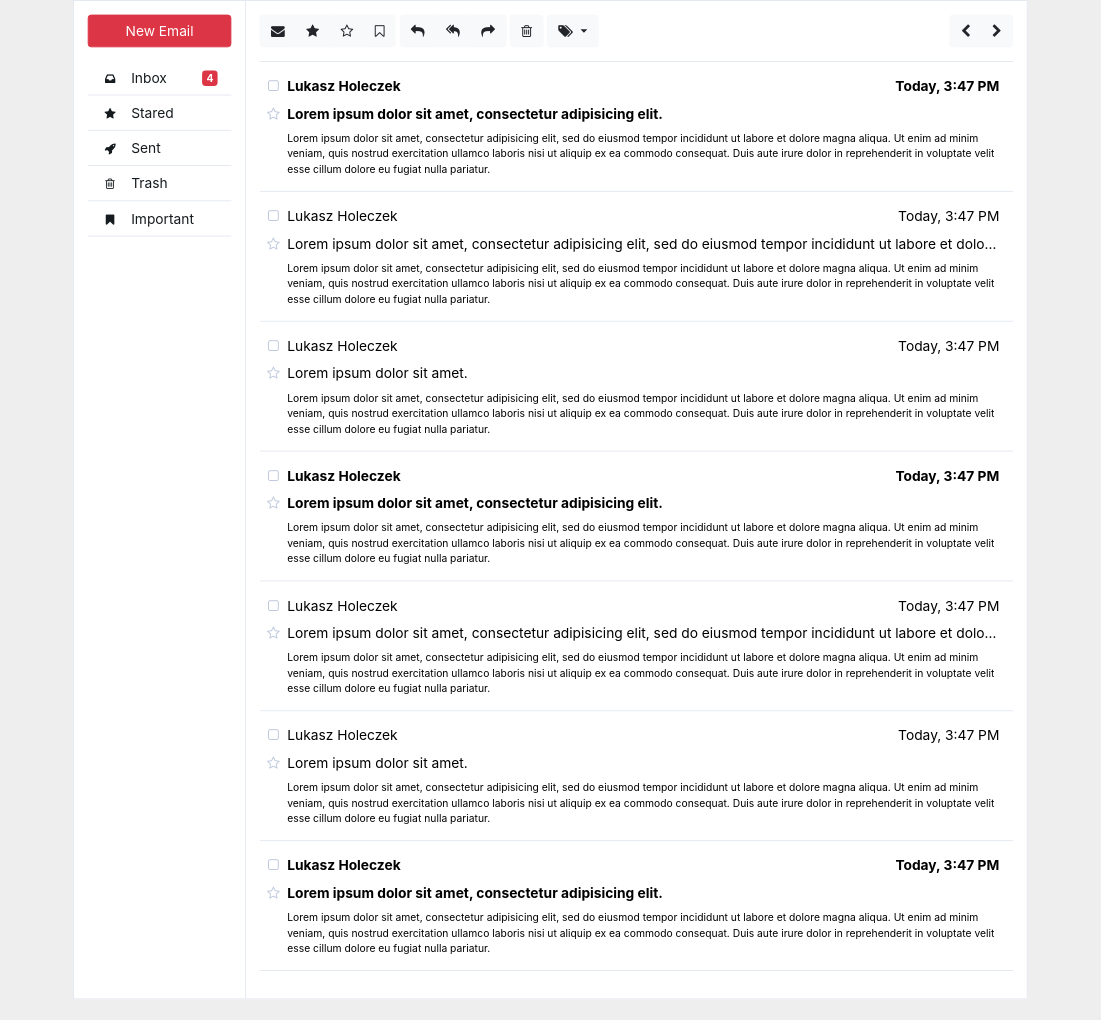
Repository: lastbronx41/bootstrap_mail
Page: inbox.html
The author's editor kept a copy of each file at every save. The page is drawn from the files as they stood at one save, then again after a run of saves.
The browser window is 1280 px wide. The pictures show the whole page, at 86% of full size.
Some icons come from a web library that is not loaded, so they are not drawn. Some web libraries are served in a nearby version.

Above is the page before, as saved 2022-11-22 02:23:56.

### inbox.html
<!DOCTYPE html>
<html>
	<head>
		<link
			rel="stylesheet"
			href="https://stackpath.bootstrapcdn.com/bootstrap/4.5.0/css/bootstrap.min.css"
		/>
		<link
			href="https://maxcdn.bootstrapcdn.com/font-awesome/4.3.0/css/font-awesome.min.css"
			rel="stylesheet"
		/>
		<link href="./stylesheet.css" rel="stylesheet" />
		<title>Inbox</title>
	</head>
	<body>
		<div class="container bootdey">
			<div class="email-app mb-4">
				<nav>
					<a href="page-inbox-compose.html" class="btn btn-danger btn-block"
						>New Email</a
					>
					<ul class="nav">
						<li class="nav-item">
							<a class="nav-link" href="#"
								><i class="fa fa-inbox"></i> Inbox
								<span class="badge badge-danger">4</span></a
							>
						</li>
						<li class="nav-item">
							<a class="nav-link" href="#"><i class="fa fa-star"></i> Stared</a>
						</li>
						<li class="nav-item">
							<a class="nav-link" href="#"><i class="fa fa-rocket"></i> Sent</a>
						</li>
						<li class="nav-item">
							<a class="nav-link" href="#"
								><i class="fa fa-trash-o"></i> Trash</a
							>
						</li>
						<li class="nav-item">
							<a class="nav-link" href="#"
								><i class="fa fa-bookmark"></i> Important</a
							>
						</li>
					</ul>
				</nav>
				<main class="inbox">
					<div class="toolbar">
						<div class="btn-group">
							<button type="button" class="btn btn-light">
								<span class="fa fa-envelope"></span>
							</button>
							<button type="button" class="btn btn-light">
								<span class="fa fa-star"></span>
							</button>
							<button type="button" class="btn btn-light">
								<span class="fa fa-star-o"></span>
							</button>
							<button type="button" class="btn btn-light">
								<span class="fa fa-bookmark-o"></span>
							</button>
						</div>
						<div class="btn-group">
							<button type="button" class="btn btn-light">
								<span class="fa fa-mail-reply"></span>
							</button>
							<button type="button" class="btn btn-light">
								<span class="fa fa-mail-reply-all"></span>
							</button>
							<button type="button" class="btn btn-light">
								<span class="fa fa-mail-forward"></span>
							</button>
						</div>
						<button type="button" class="btn btn-light">
							<span class="fa fa-trash-o"></span>
						</button>
						<div class="btn-group">
							<button
								type="button"
								class="btn btn-light dropdown-toggle"
								data-toggle="dropdown"
							>
								<span class="fa fa-tags"></span>
								<span class="caret"></span>
							</button>
							<div class="dropdown-menu">
								<a class="dropdown-item" href="#"
									>add label <span class="badge badge-danger"> Home</span></a
								>
								<a class="dropdown-item" href="#"
									>add label <span class="badge badge-info"> Job</span></a
								>
								<a class="dropdown-item" href="#"
									>add label
									<span class="badge badge-success"> Clients</span></a
								>
								<a class="dropdown-item" href="#"
									>add label <span class="badge badge-warning"> News</span></a
								>
							</div>
						</div>
						<div class="btn-group float-right">
							<button type="button" class="btn btn-light">
								<span class="fa fa-chevron-left"></span>
							</button>
							<button type="button" class="btn btn-light">
								<span class="fa fa-chevron-right"></span>
							</button>
						</div>
					</div>

					<ul class="messages">
						<li class="message unread">
							<a href="#">
								<div class="actions">
									<span class="action"><i class="fa fa-square-o"></i></span>
									<span class="action"><i class="fa fa-star-o"></i></span>
								</div>
								<div class="header">
									<span class="from">Lukasz Holeczek</span>
									<span class="date">
										<span class="fa fa-paper-clip"></span> Today, 3:47 PM</span
									>
								</div>
								<div class="title">
									Lorem ipsum dolor sit amet, consectetur adipisicing elit.
								</div>
								<div class="description">
									Lorem ipsum dolor sit amet, consectetur adipisicing elit, sed
									do eiusmod tempor incididunt ut labore et dolore magna aliqua.
									Ut enim ad minim veniam, quis nostrud exercitation ullamco
									laboris nisi ut aliquip ex ea commodo consequat. Duis aute
									irure dolor in reprehenderit in voluptate velit esse cillum
									dolore eu fugiat nulla pariatur.
								</div>
							</a>
						</li>
						<li class="message">
							<a href="#">
								<div class="actions">
									<span class="action"><i class="fa fa-square-o"></i></span>
									<span class="action"><i class="fa fa-star-o"></i></span>
								</div>
								<div class="header">
									<span class="from">Lukasz Holeczek</span>
									<span class="date">
										<span class="fa fa-paper-clip"></span> Today, 3:47 PM</span
									>
								</div>
								<div class="title">
									Lorem ipsum dolor sit amet, consectetur adipisicing elit, sed
									do eiusmod tempor incididunt ut labore et dolore magna aliqua.
								</div>
								<div class="description">
									Lorem ipsum dolor sit amet, consectetur adipisicing elit, sed
									do eiusmod tempor incididunt ut labore et dolore magna aliqua.
									Ut enim ad minim veniam, quis nostrud exercitation ullamco
									laboris nisi ut aliquip ex ea commodo consequat. Duis aute
									irure dolor in reprehenderit in voluptate velit esse cillum
									dolore eu fugiat nulla pariatur.
								</div>
							</a>
						</li>
						<li class="message">
							<a href="#">
								<div class="actions">
									<span class="action"><i class="fa fa-square-o"></i></span>
									<span class="action"><i class="fa fa-star-o"></i></span>
								</div>
								<div class="header">
									<span class="from">Lukasz Holeczek</span>
									<span class="date">Today, 3:47 PM</span>
								</div>
								<div class="title">Lorem ipsum dolor sit amet.</div>
								<div class="description">
									Lorem ipsum dolor sit amet, consectetur adipisicing elit, sed
									do eiusmod tempor incididunt ut labore et dolore magna aliqua.
									Ut enim ad minim veniam, quis nostrud exercitation ullamco
									laboris nisi ut aliquip ex ea commodo consequat. Duis aute
									irure dolor in reprehenderit in voluptate velit esse cillum
									dolore eu fugiat nulla pariatur.
								</div>
							</a>
						</li>
						<li class="message unread">
							<a href="#">
								<div class="actions">
									<span class="action"><i class="fa fa-square-o"></i></span>
									<span class="action"><i class="fa fa-star-o"></i></span>
								</div>
								<div class="header">
									<span class="from">Lukasz Holeczek</span>
									<span class="date">Today, 3:47 PM</span>
								</div>
								<div class="title">
									Lorem ipsum dolor sit amet, consectetur adipisicing elit.
								</div>
								<div class="description">
									Lorem ipsum dolor sit amet, consectetur adipisicing elit, sed
									do eiusmod tempor incididunt ut labore et dolore magna aliqua.
									Ut enim ad minim veniam, quis nostrud exercitation ullamco
									laboris nisi ut aliquip ex ea commodo consequat. Duis aute
									irure dolor in reprehenderit in voluptate velit esse cillum
									dolore eu fugiat nulla pariatur.
								</div>
							</a>
						</li>
						<li class="message">
							<a href="#">
								<div class="actions">
									<span class="action"><i class="fa fa-square-o"></i></span>
									<span class="action"><i class="fa fa-star-o"></i></span>
								</div>
								<div class="header">
									<span class="from">Lukasz Holeczek</span>
									<span class="date">Today, 3:47 PM</span>
								</div>
								<div class="title">
									Lorem ipsum dolor sit amet, consectetur adipisicing elit, sed
									do eiusmod tempor incididunt ut labore et dolore magna aliqua.
								</div>
								<div class="description">
									Lorem ipsum dolor sit amet, consectetur adipisicing elit, sed
									do eiusmod tempor incididunt ut labore et dolore magna aliqua.
									Ut enim ad minim veniam, quis nostrud exercitation ullamco
									laboris nisi ut aliquip ex ea commodo consequat. Duis aute
									irure dolor in reprehenderit in voluptate velit esse cillum
									dolore eu fugiat nulla pariatur.
								</div>
							</a>
						</li>
						<li class="message">
							<a href="#">
								<div class="actions">
									<span class="action"><i class="fa fa-square-o"></i></span>
									<span class="action"><i class="fa fa-star-o"></i></span>
								</div>
								<div class="header">
									<span class="from">Lukasz Holeczek</span>
									<span class="date">Today, 3:47 PM</span>
								</div>
								<div class="title">Lorem ipsum dolor sit amet.</div>
								<div class="description">
									Lorem ipsum dolor sit amet, consectetur adipisicing elit, sed
									do eiusmod tempor incididunt ut labore et dolore magna aliqua.
									Ut enim ad minim veniam, quis nostrud exercitation ullamco
									laboris nisi ut aliquip ex ea commodo consequat. Duis aute
									irure dolor in reprehenderit in voluptate velit esse cillum
									dolore eu fugiat nulla pariatur.
								</div>
							</a>
						</li>
						<li class="message unread">
							<a href="#">
								<div class="actions">
									<span class="action"><i class="fa fa-square-o"></i></span>
									<span class="action"><i class="fa fa-star-o"></i></span>
								</div>
								<div class="header">
									<span class="from">Lukasz Holeczek</span>
									<span class="date">Today, 3:47 PM</span>
								</div>
								<div class="title">
									Lorem ipsum dolor sit amet, consectetur adipisicing elit.
								</div>
								<div class="description">
									Lorem ipsum dolor sit amet, consectetur adipisicing elit, sed
									do eiusmod tempor incididunt ut labore et dolore magna aliqua.
									Ut enim ad minim veniam, quis nostrud exercitation ullamco
									laboris nisi ut aliquip ex ea commodo consequat. Duis aute
									irure dolor in reprehenderit in voluptate velit esse cillum
									dolore eu fugiat nulla pariatur.
								</div>
							</a>
						</li>


					</ul>
				</main>
			</div>
		</div>
	</body>
</html>

### stylesheet.css
body {
   background: #eee
}

.email-app {
   display: flex;
   flex-direction: row;
   background: #fff;
   border: 1px solid #e1e6ef;
}

.email-app nav {
   flex: 0 0 200px;
   padding: 1rem;
   border-right: 1px solid #e1e6ef;
}

.email-app nav .btn-block {
   margin-bottom: 15px;
}

.email-app nav .nav {
   flex-direction: column;
}

.email-app nav .nav .nav-item {
   position: relative;
}

.email-app nav .nav .nav-item .nav-link,
.email-app nav .nav .nav-item .navbar .dropdown-toggle,
.navbar .email-app nav .nav .nav-item .dropdown-toggle {
   color: #151b1e;
   border-bottom: 1px solid #e1e6ef;
}

.email-app nav .nav .nav-item .nav-link i,
.email-app nav .nav .nav-item .navbar .dropdown-toggle i,
.navbar .email-app nav .nav .nav-item .dropdown-toggle i {
   width: 20px;
   margin: 0 10px 0 0;
   font-size: 14px;
   text-align: center;
}

.email-app nav .nav .nav-item .nav-link .badge,
.email-app nav .nav .nav-item .navbar .dropdown-toggle .badge,
.navbar .email-app nav .nav .nav-item .dropdown-toggle .badge {
   float: right;
   margin-top: 4px;
   margin-left: 10px;
}

.email-app main {
   min-width: 0;
   flex: 1;
   padding: 1rem;
}

.email-app .inbox .toolbar {
   padding-bottom: 1rem;
   border-bottom: 1px solid #e1e6ef;
}

.email-app .inbox .messages {
   padding: 0;
   list-style: none;
}

.email-app .inbox .message {
   position: relative;
   padding: 1rem 1rem 1rem 2rem;
   cursor: pointer;
   border-bottom: 1px solid #e1e6ef;
}

.email-app .inbox .message:hover {
   background: #f9f9fa;
}

.email-app .inbox .message .actions {
   position: absolute;
   left: 0;
   display: flex;
   flex-direction: column;
}

.email-app .inbox .message .actions .action {
   width: 2rem;
   margin-bottom: 0.5rem;
   color: #c0cadd;
   text-align: center;
}

.email-app .inbox .message a {
   color: #000;
}

.email-app .inbox .message a:hover {
   text-decoration: none;
}

.email-app .inbox .message.unread .header,
.email-app .inbox .message.unread .title {
   font-weight: bold;
}

.email-app .inbox .message .header {
   display: flex;
   flex-direction: row;
   margin-bottom: 0.5rem;
}

.email-app .inbox .message .header .date {
   margin-left: auto;
}

.email-app .inbox .message .title {
   margin-bottom: 0.5rem;
   overflow: hidden;
   text-overflow: ellipsis;
   white-space: nowrap;
}

.email-app .inbox .message .description {
   font-size: 12px;
}

.email-app .message .toolbar {
   padding-bottom: 1rem;
   border-bottom: 1px solid #e1e6ef;
}

.email-app .message .details .title {
   padding: 1rem 0;
   font-weight: bold;
}

.email-app .message .details .header {
   display: flex;
   padding: 1rem 0;
   margin: 1rem 0;
   border-top: 1px solid #e1e6ef;
   border-bottom: 1px solid #e1e6ef;
}

.email-app .message .details .header .avatar {
   width: 40px;
   height: 40px;
   margin-right: 1rem;
}

.email-app .message .details .header .from {
   font-size: 12px;
   color: #9faecb;
   align-self: center;
}

.email-app .message .details .header .from span {
   display: block;
   font-weight: bold;
}

.email-app .message .details .header .date {
   margin-left: auto;
}

.email-app .message .details .attachments {
   padding: 1rem 0;
   margin-bottom: 1rem;
   border-top: 3px solid #f9f9fa;
   border-bottom: 3px solid #f9f9fa;
}

.email-app .message .details .attachments .attachment {
   display: flex;
   margin: 0.5rem 0;
   font-size: 12px;
   align-self: center;
}

.email-app .message .details .attachments .attachment .badge {
   margin: 0 0.5rem;
   line-height: inherit;
}

.email-app .message .details .attachments .attachment .menu {
   margin-left: auto;
}

.email-app .message .details .attachments .attachment .menu a {
   padding: 0 0.5rem;
   font-size: 14px;
   color: #e1e6ef;
}

@media (max-width: 767px) {
   .email-app {
      flex-direction: column;
   }

   .email-app nav {
      flex: 0 0 100%;
   }
}

@media (max-width: 575px) {
   .email-app .message .header {
      flex-flow: row wrap;
   }

   .email-app .message .header .date {
      flex: 0 0 100%;
   }
}

After the next 5 saves:
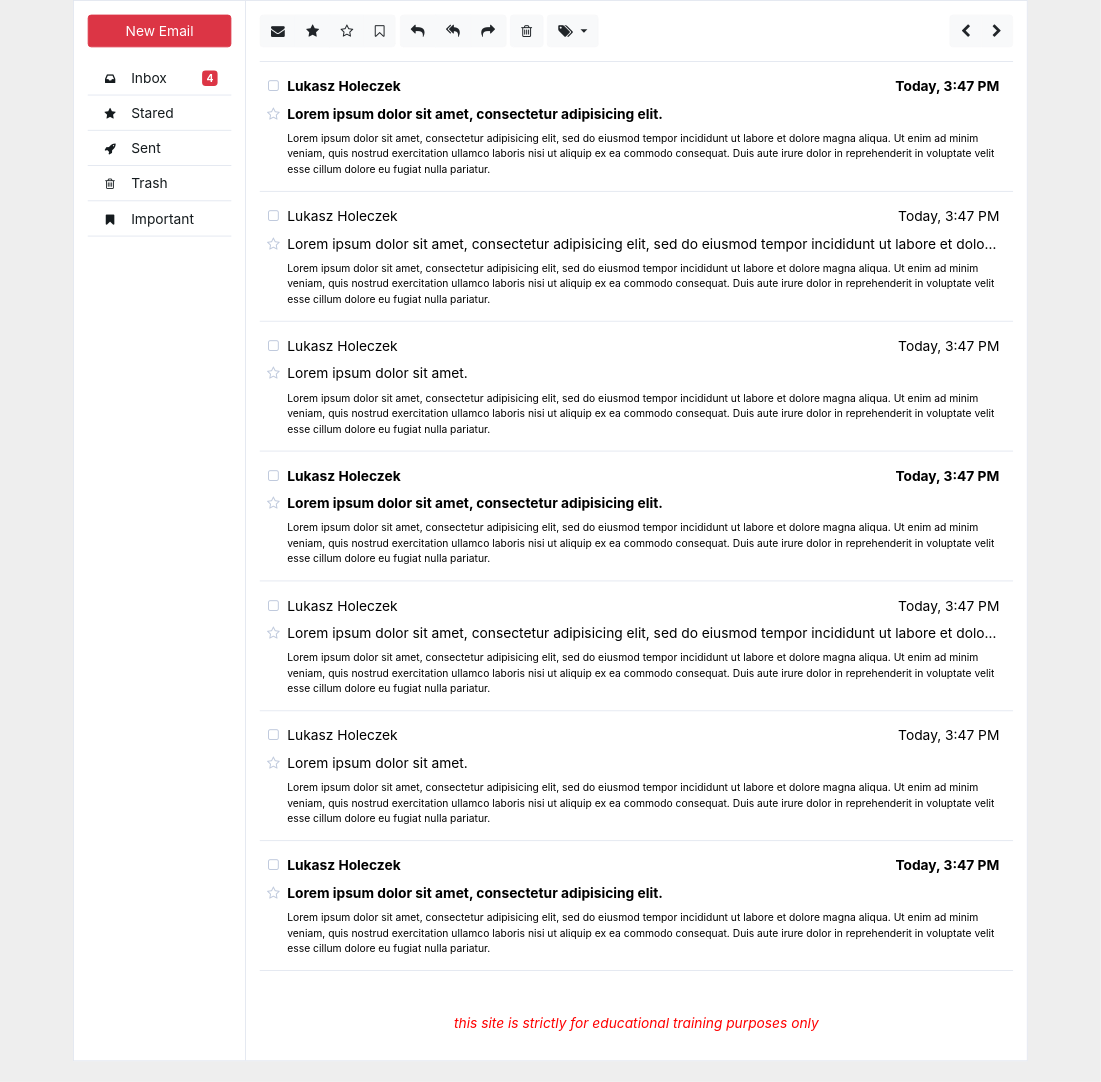
The 5 saves are shown as one change because they came seconds apart.
The last was saved 22 s later.
--- a/inbox.html
+++ b/inbox.html
@@ -274,7 +274,9 @@
 							</a>
 						</li>
 
-
+						<br>
+						<br>
+						<p style="color: red; text-align: center;"><em>this site is strictly for educational training purposes only</em></p>
 					</ul>
 				</main>
 			</div>
